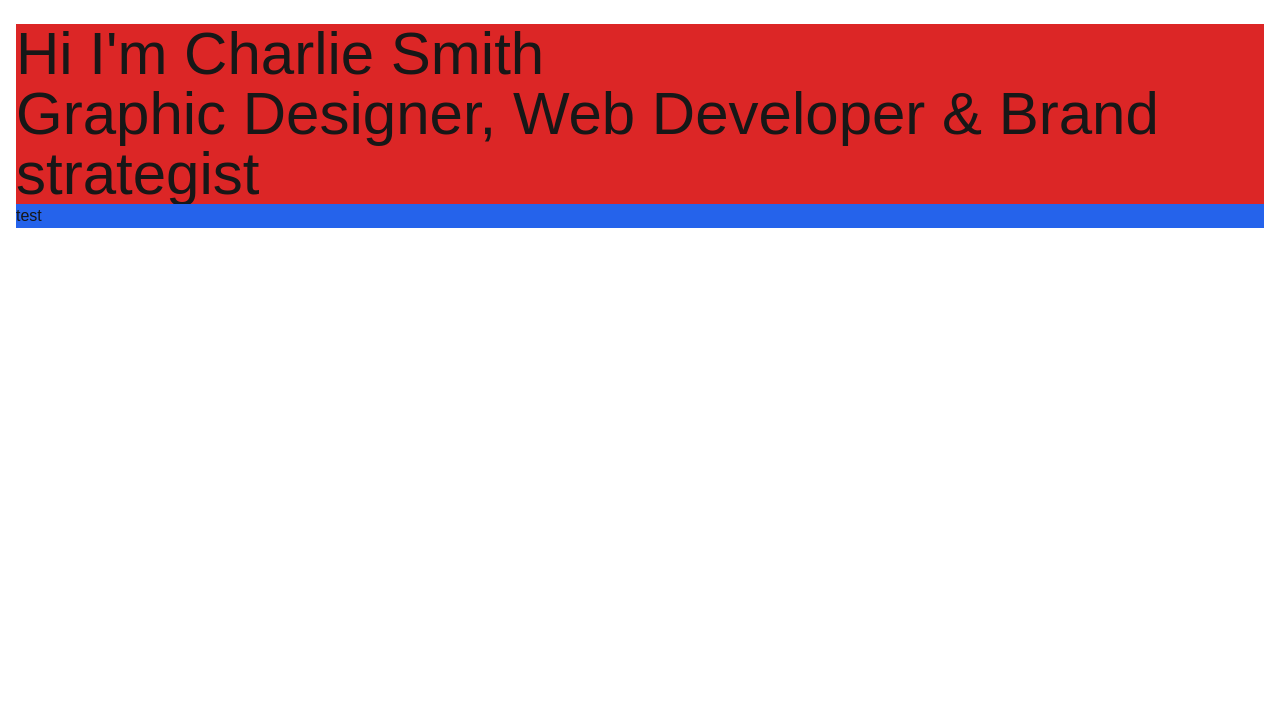
Repository: charlehs/portfolio
Page: /
An editor plug-in stored every save of this project. The page is shown before and after the next save, followed by the edit.
The browser window is 1280 px wide. The pictures show the whole page.
The project was rebuilt for these pictures with package versions that can differ from the ones it lists, and the page was loaded fresh each time. The framework's server and built-in components were replaced by stand-ins that run in the browser. Also part of the build but not shown: next.config.ts.

Above is the page before, as saved 2025-01-02 16:46:04.

After the next save:
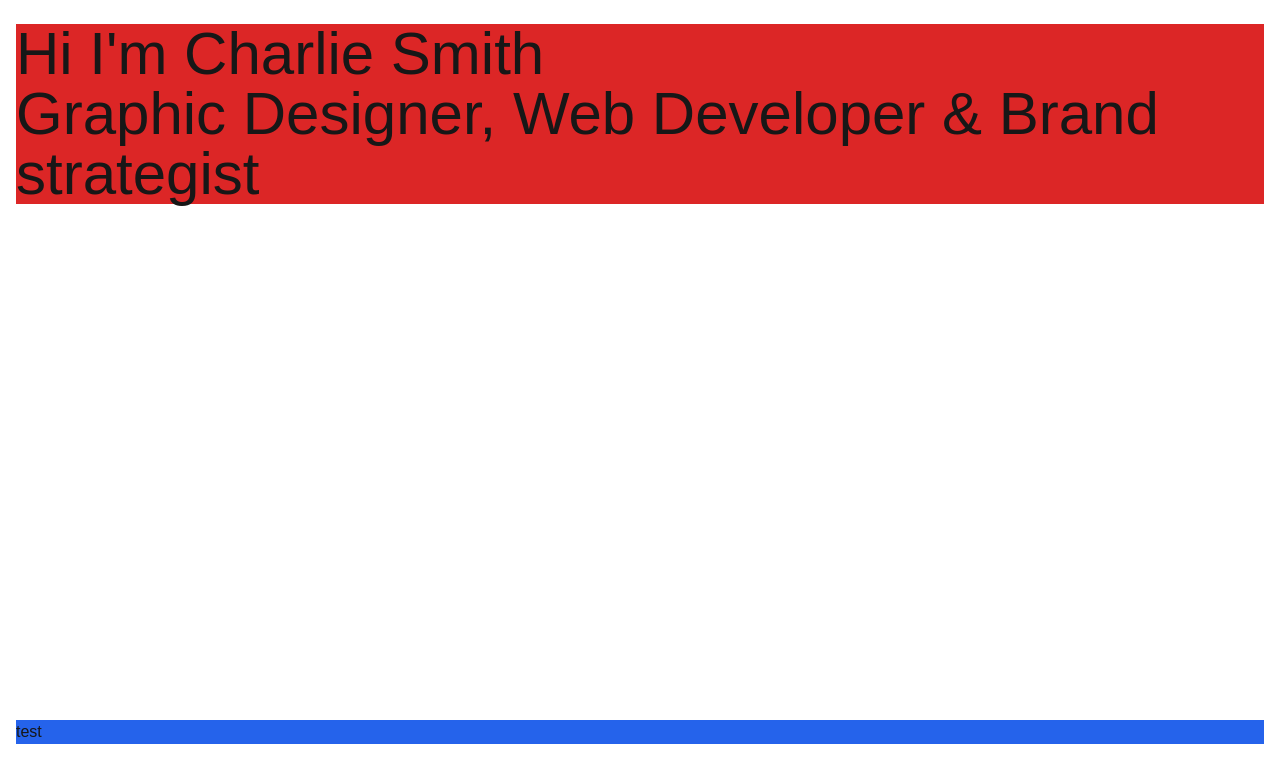
Saved 104 s later.
--- a/app/page.tsx
+++ b/app/page.tsx
@@ -2,7 +2,7 @@ import Image from "next/image";
 
 export default function Home() {
   return (
-    <div className="mx-4 my-6 flex flex-col justify-between ">
+    <div className="mx-4 my-6 flex flex-col justify-between h-screen ">
       <main className=" bg-red-600">
         <p className=" text-6xl">
           Hi I'm Charlie Smith
